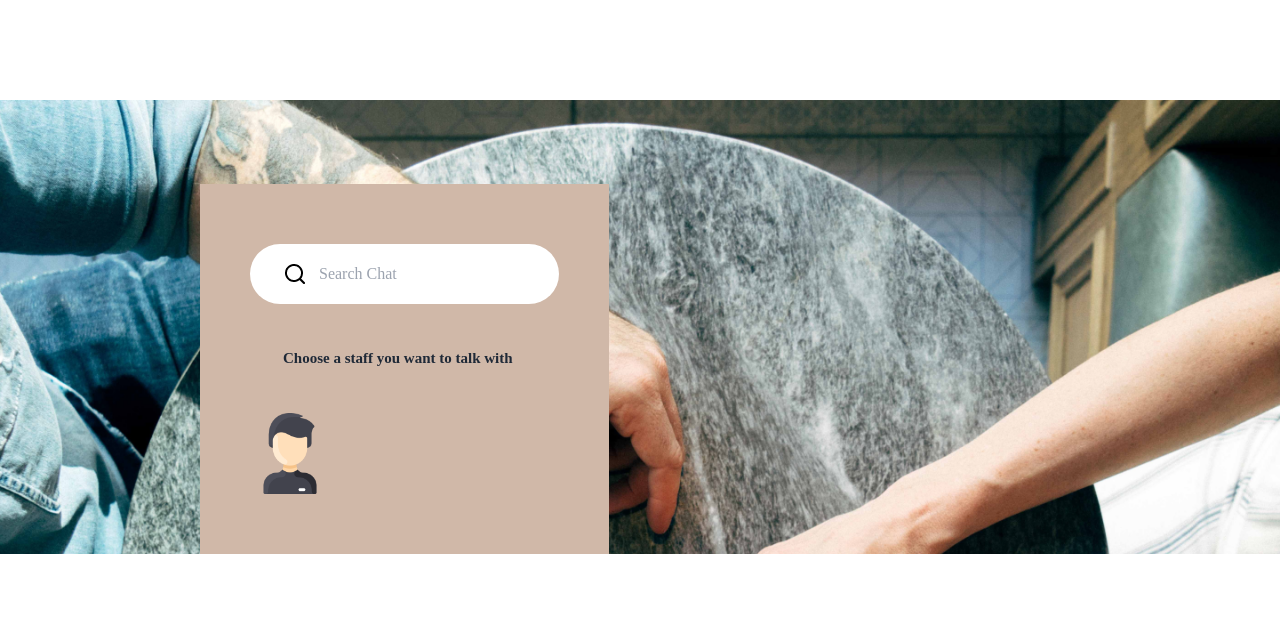
Repository: boykebn/fw12-collab2-FRONTEND
Page: /chat (app in our/)
These files come from the project's save history. The page is drawn as it stood at one moment and after the next save; the edit follows.
The browser window is 1280 px wide. The pictures show the whole page.
The project was rebuilt for these pictures with package versions that can differ from the ones it lists, and the page was loaded fresh each time. The framework's server and built-in components were replaced by stand-ins that run in the browser. Also part of the build but not shown: our/next.config.js.

Above is the page before, as saved 2022-12-31 23:48:13.

After the next save:
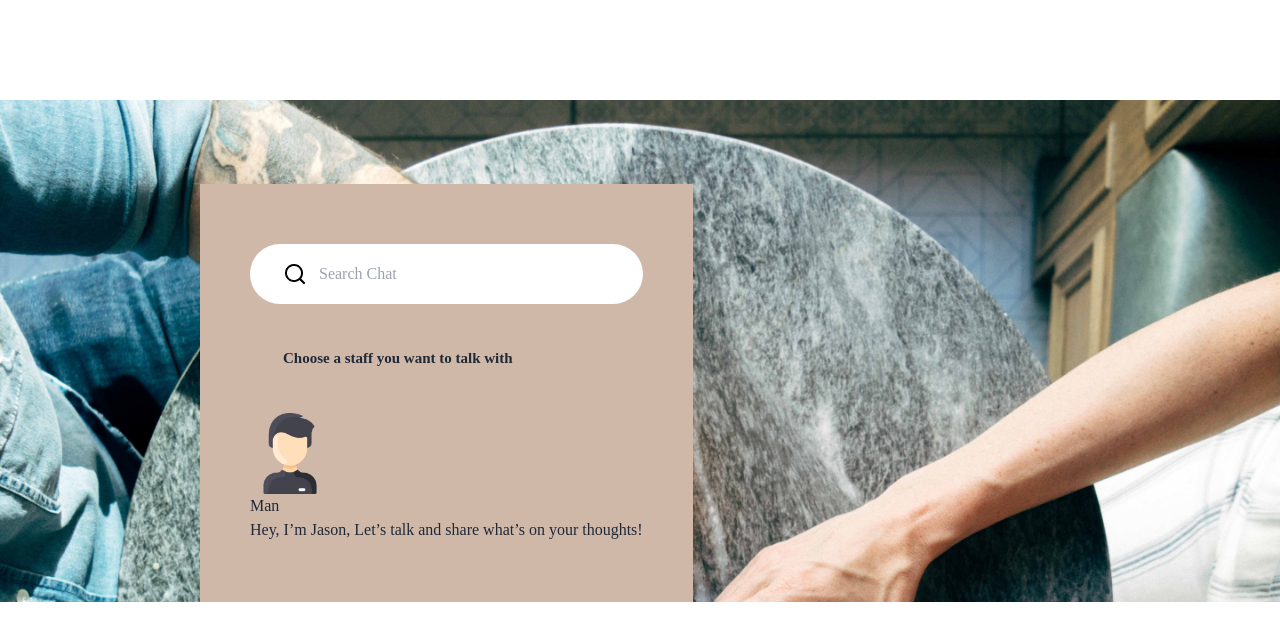
Saved 51 s later.
--- a/our/pages/chat.js
+++ b/our/pages/chat.js
@@ -18,6 +18,12 @@ const Chat = () => {
             </p>
             <div>
               <Image src={man} alt="man" className="w-[80px] h-[81px]" />
+              <div>
+                <p>Man</p>
+                <p>
+                  Hey, I’m Jason, Let’s talk and share what’s on your thoughts!
+                </p>
+              </div>
             </div>
           </div>
           <div></div>
